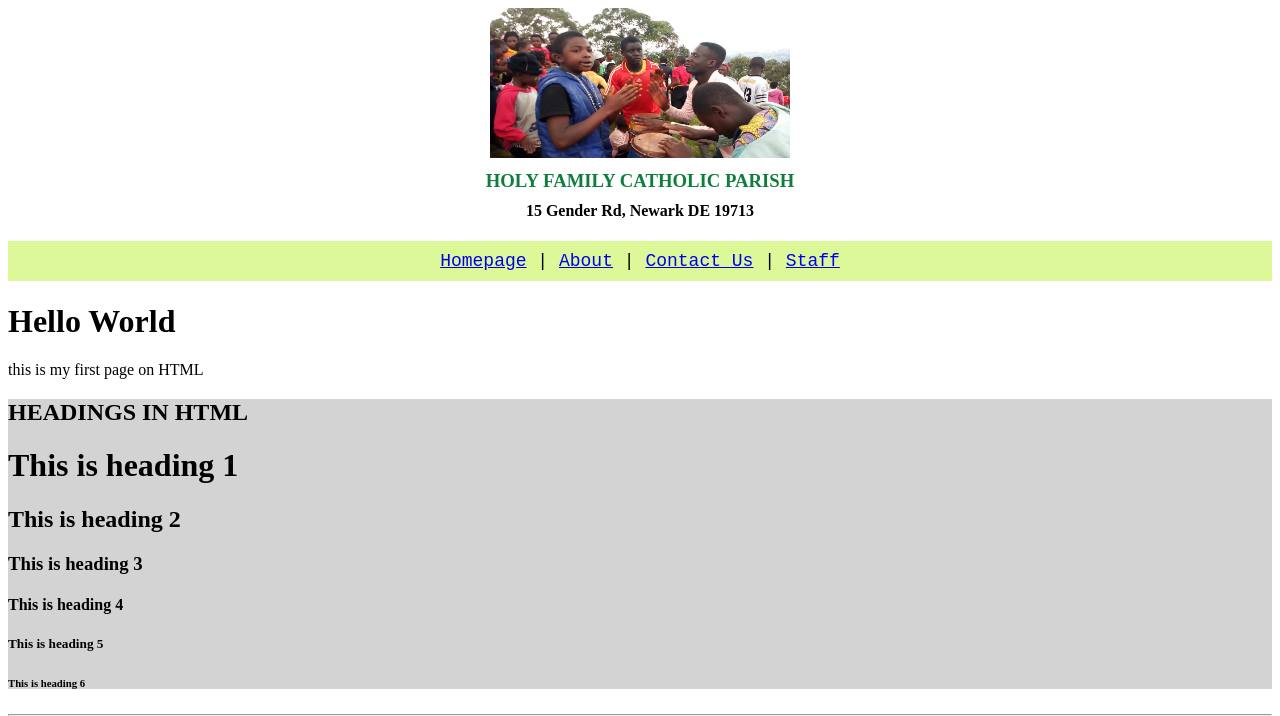
Repository: ficotims/HTML-RESTART
Page: Homepage.html
The author's editor kept a copy of each file at every save. The page is drawn from the files as they stood at one save, then again after the next save.
The browser window is 1280 px wide. The pictures show the part of the page from y = 0 to 716 px (the page is 1783 px tall before and 1809 px after).
A picture or video elsewhere on the page could not be fetched, so the positions and the page height are approximate.

Above is the page before, as saved 2026-02-07 21:25:11.

### Homepage.html
<!doctype html>
<html lang="en">
  <head>
    <meta charset="UTF-8" />
    <meta name="viewport" content="width=device-width, initial-scale=1.0" />
    <title>HTML Crash course with Iman Musa</title>
  </head>
  <body>
    <div style="text-align: center;">
      <img
        src="images/Acension.jpg"
        alt="Catholic Church Logo"
        width="300"
        height="150"
      />
    <h3><span style="color: rgb(14, 126, 61);"><div style="line-height: 0;">HOLY FAMILY CATHOLIC PARISH</b></span></h3>
    <H4>15 Gender Rd, Newark DE 19713</H4></div>
    <!-- NAVIGATION SECTION -->
     <div style="background-color: rgb(220, 248, 153); padding: 10px; text-align: center; font-size: 18px; font-family: monospace, Lemon milk;">
    <a href="Homepage.html" target="_top">Homepage</a> |
    <a href="about.html">About</a> | <a href="Contact us.html">Contact Us</a> |
    <a href="staff.html">Staff</a>
     </div>

    <h1>Hello World</h1>
    <p>this is my first page on HTML</p>
    <!-- this is a comment and will not appear on the screen/ page -->
    <!-- let us introduce the headings -->
    <div style="background-color: lightgray; padding: px; text-align: left">
      <h2>HEADINGS IN HTML</h2>
    <h1>This is heading 1</h1>
    <h2>This is heading 2</h2>
    <h3>This is heading 3</h3>
    <h4>This is heading 4</h4>
    <h5>This is heading 5</h5>
    <h6>This is heading 6</h6>
    </div>

    <!-- here we are starting off LEARNING HOW TO USE THE <div> TAG -->
      <section>
  <!-- content here -->
</section>
<hr>
<section>
  <!-- more content here -->
</section>
      <div>
  <h2>This is a heading</h2>
  <p>This is a paragraph inside a div.</p>
  <img src="image.jpg" alt="example">
</div>

    <!-- thi is for paragraphs now -->
    <p>
      Lorem ipsum dolor sit amet consectetur adipisicing elit. Dolorum illum
      eius consequuntur quas molestiae doloribus iure est necessitatibus? Quod
      necessitatibus eveniet dignissimos inventore dicta maiores quis illum
      dolorum praesentium perferendis!
    </p>

    <p>
      Lorem <b>ipsum dolor sit <div>amet consectetur adipisicing elit.</b> Dolorum
      illum eius consequuntur quas molestiae doloribus iure est necessitatibus?
      Quod necessitatibus eveniet </div>dignissimos inventore dicta maiores quis illum
      dolorum praesentium perferendis!
    </p>


    <!-- this is for inline leve elements -->

    <p>
      this is to show all the inline elements like this: <b>bold</b>,
      <i>italic</i>, <u>underline</u>, and <strong>strong</strong>.
      <br />

      <!-- using the other inline elements: Anchor Elements (which are just links) -->
    </p>
    <h1>Anchor Element: REFERENCE</h1>
    refernce to
    <a href="https://www.google.com" target="_blank">Iman Musa's Website</a> for
    more information.
    <h3>JUST REFERENCE</h3>
    <p>here we are looking at just reference to a link as it is. the a href</p>
    click <a href="about.html" target="_blank">here</a> to go to about page.

    <!-- SPAN ELEMENT -->
    <span style="color: rgba(31, 190, 211, 0.63)">This text is in red color using span tag.</span>
    <p>
      <!-- now let us introduce the block level elements -->
      this is to show all the block level elements like this:
    </p>

    <div style="background-color: lightblue; padding: 10px">
      This is a div element with a light blue background.
    </div>

    <!-- this is LIST -->
<hi2>LIST ELEMENTS</h2>

    0. Ordered List

    <ul>
      <li>First item</li>
      <ol><li>Sub-item 1</li></ol>
      <li>Second item</li>
      <li>Third item</li>
    </ul>

    <ol>
      <li>First item</li>
      <li>Second item</li>
      <li>Third item</li>
    </ol>
  </body>
</html>

After the next save:
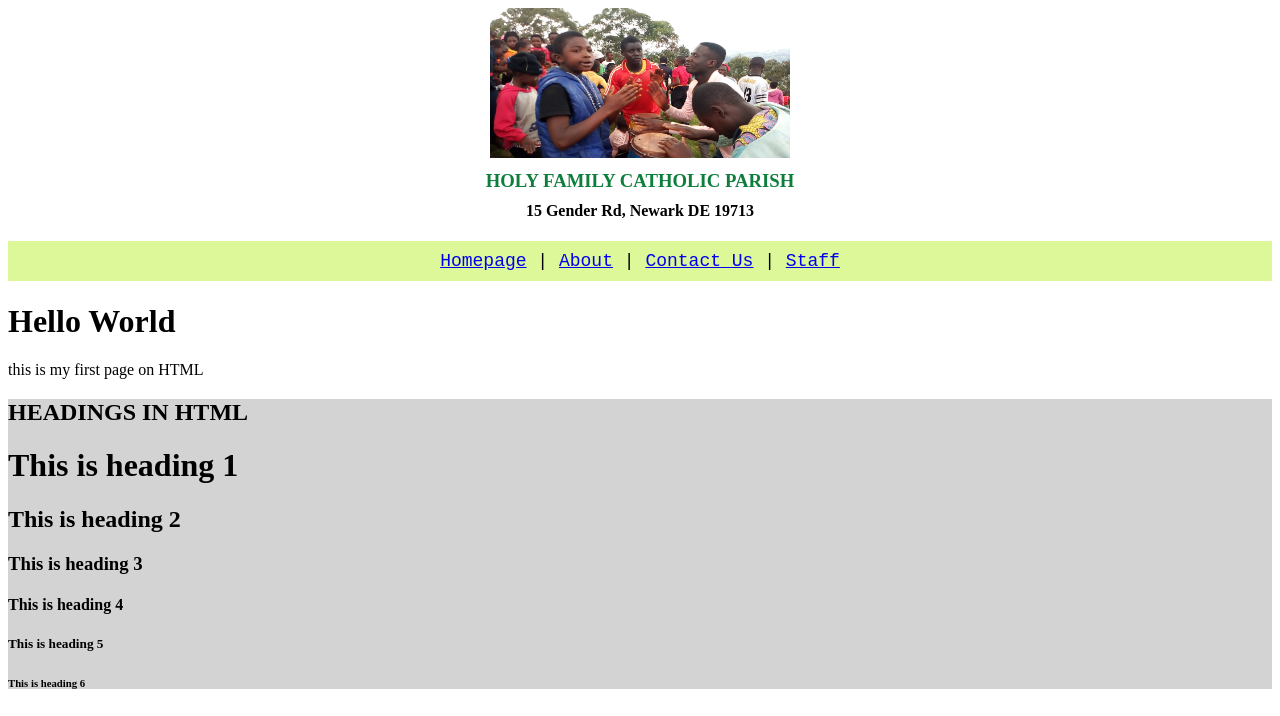
Saved 25 s later.
--- a/Homepage.html
+++ b/Homepage.html
@@ -38,7 +38,7 @@
 
     <!-- here we are starting off LEARNING HOW TO USE THE <div> TAG -->
       <section>
-  <!-- content here -->
+  there is nothing to see here
 </section>
 <hr>
 <section>
